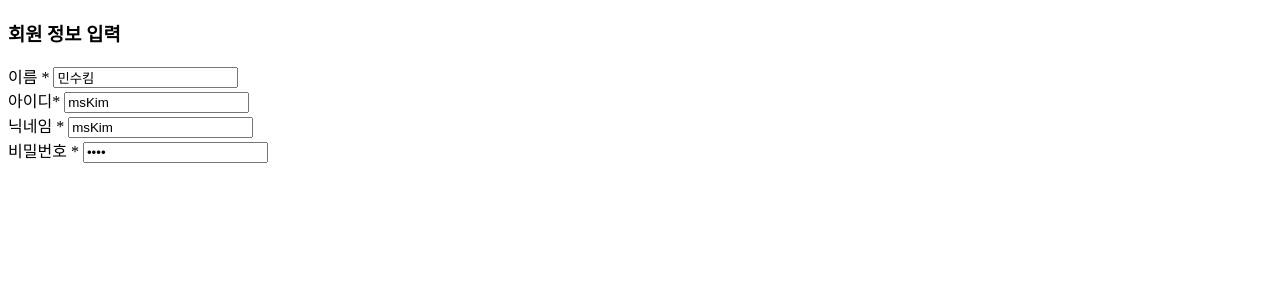
Repository: angwanghyeon/eclipse
Page: http://localhost/sec06/04_addMemberForm.jsp
The author's editor kept a copy of each file at every save. The page is drawn from the files as they stood at one save, then again after a run of saves.
The browser window is 1280 px wide. The pictures show the whole page.
The page is served by Tomcat 9.

Above is the page before, as saved 2023-09-01 02:12:11.

After the next 6 saves:
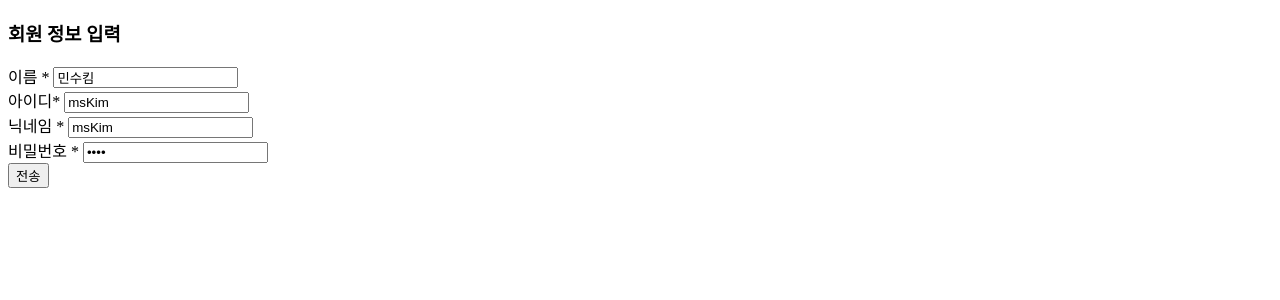
The 6 saves are shown as one change because 5 did not build or start.
The last was saved 114 s later.
--- a/sec06/src/main/webapp/04_addMemberForm.jsp
+++ b/sec06/src/main/webapp/04_addMemberForm.jsp
@@ -25,7 +25,7 @@
 		<label for="pwd">비밀번호</label><span> * </span>
 		<input type="password" id="pwd" name="pwd" value="1234"><br>
 
-
+		<button>전송</button>
 	</form>
 </body>
 </html>
